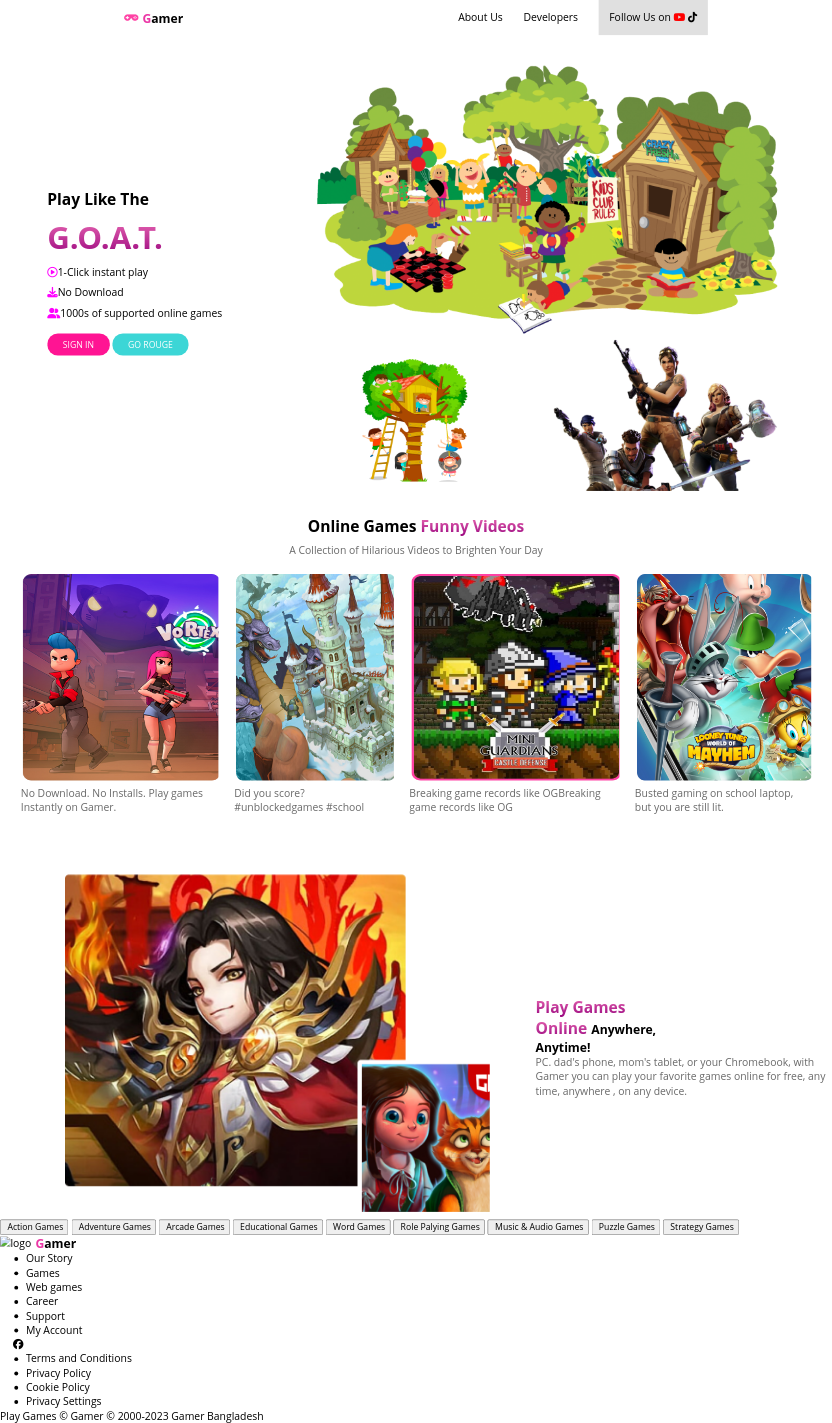
Repository: sadiaafsana138/Gamer-Zone
Page: index.html
These files come from the project's save history. The page is drawn as it stood at one moment and after the next save; the edit follows.
The browser window is 1280 px wide. The pictures show the whole page, at 65% of full size.
Some web libraries are served in a nearby version.

Above is the page before, as saved 2023-09-06 18:35:47.

### index.html
<!DOCTYPE html>
<html lang="en">

<head>
    <meta charset="UTF-8">
    <meta name="viewport" content="width=device-width, initial-scale=1.0">
    <title>GAMER ZONE</title>
    <link rel="stylesheet" href="styles.css">
    <script src="https://kit.fontawesome.com/3977f5ac21.js" crossorigin="anonymous"></script>
</head>

<body>
    <header>
        <section Class="Section-1">
            <nav class="nav">
                <div class="menupart1">
                    <img src="images/1.png" alt="logo" height="10px" weight="10px">
                    <h3><span class="pink-Color">G</span>amer</h3>
                </div>
                <div class="menupart2">
                    <ul class="menupart2">
                        <li>About Us</li>
                        <li>Developers</li>
                        <div id="ash">
                            <li>Follow Us on
                                <i class="fa-brands fa-youtube" style="color: #ff0000;"></i>
                                <i class="fa-brands fa-tiktok"></i>
                            </li>
                        </div>
                    </ul>
                </div>
            </nav>
        </section>
    </header>
    <main>
        <section Class="Section-2">
            <Div>
                <h2>
                    Play Like The
                </h2>
                <h1 class="grad">
                    G.O.A.T.
                </h1>
                <Div class="Sec2list">
                    <i class="fa-regular fa-circle-play" style="color: #ff00ff;"></i>
                    <p>
                        1-Click instant play
                    </p>
                </Div>
                <Div class="Sec2list">
                    <i class="fa-sharp fa-solid fa-download" style="color: #ff00ff;"></i>
                    <p>
                        No Download
                    </p>
                </Div>
                <Div class="Sec2list">
                    <i class="fa-solid fa-user-group" style="color: #ff00ff;"></i>
                    <p>
                        1000s of supported online games
                    </p>
                </Div>
                <button class="btn-primary" id="btn-primary1">
                    SIGN IN
                </button>
                <button class="btn-primary" id="btn-primary2">
                    GO ROUGE
                </button>
            </Div>
            <Div id="sec2image">
                <img src="images/2.png" alt="">
            </Div>
        </section>
        <section Class="Section-3">
            <div>
                <h2 class="sec3head">
                    Online Games
                    <span class="grad" id="sec3head">
                        Funny Videos
                    </span>
                </h2>
                <p class="ashtext sec3head">
                    A Collection of Hilarious Videos to Brighten Your Day
                </p>
            </div>
            <div class="sec3image">
                <div class="sec3imagediv">
                    <img class="image" src="images/4.png" alt="">
                    <div class="overlay">
                        <div class="play-button">&#9654;</div>
                        <div class="watch-now-text">Watch Now</div>
                    </div>
                    <p class="ashtext">No Download. No Installs. Play games Instantly on Gamer.</p>
                </div>
                <div class="sec3imagediv">
                    <img class="image" src="images/5.png" alt="">
                    <div class="overlay">
                        <div class="play-button">&#9654;</div>
                        <div class="watch-now-text">Watch Now</div>
                    </div>
                    <p class="ashtext">Did you score? #unblockedgames #school</p>
                </div>
                <div class="sec3imagediv">
                    <img class="image" src="images/6.png" alt="">
                    <div class="overlay">
                        <div class="play-button">&#9654;</div>
                        <div class="watch-now-text">Watch Now</div>
                    </div>
                    <p class="ashtext">Breaking game records like OGBreaking game records like OG</p>
                </div>
                <div class="sec3imagediv">
                    <img class="image" src="images/7.png" alt="">
                    <div class="overlay">
                        <div class="play-button">&#9654;</div>
                        <div class="watch-now-text">Watch Now</div>
                    </div>
                    <p class="ashtext">Busted gaming on school laptop, but you are still lit.</p>
                </div>
            </div>
        </section>
        <section Class="Section-4">
            <Div class="sec4imageddiv">

                    <img src="images/8.png" alt="" id="section4image1">
                    <img src="images/9.png" alt=""  id="section4image2">

            </Div>
            <Div class="sec4Text">
                <h3>
                    <span class="grad" id="sec4head">Play Games
                        <br>
                        Online
                    </span>
                    Anywhere,
                    <br>
                    Anytime!
                </h3>
                <p class="ashtext">
                    PC. dad's phone, mom's tablet, or your Chromebook, with Gamer you can play your favorite games online for free, any time, anywhere , on any device.
                </p>
            </Div>

        </section>
        <section Class="Section-5">
            <div>
                <button>
                    <img src="" alt="">
                    Action Games
                </button>
                <button>
                    <img src="" alt="">
                    Adventure Games
                </button>
                <button>
                    <img src="" alt="">
                    Arcade Games
                </button>
                <button>
                    <img src="" alt="">
                    Educational Games
                </button>
                <button>
                    <img src="" alt="">
                    Word Games
                </button>
                <button>
                    <img src="" alt="">
                    Role Palying Games
                </button>
                <button>
                    <img src="" alt="">
                    Music & Audio Games
                </button>
                <button>
                    <img src="" alt="">
                    Puzzle Games
                </button>
                <button>
                    <img src="" alt="">
                    Strategy Games
                </button>
            </div>
        </section>
    </main>
    <footer>
        <section Class="Section-6">
            <div class="menupart1">
                <img src="" alt="logo">
                <h3><span class="pink-Color">G</span>amer</h3>
            </div>
            <Div>

                <ul>
                    <li>Our Story</li>
                    <li>Games</li>
                    <li>Web games</li>
                    <li>Career</li>
                    <li>Support</li>
                    <li>My Account</li>
                </ul>
            </Div>
            <Div>
                <i class="fa-brands fa-twitter" style="color: #ffffff;"></i>
                <i class="fa-brands fa-facebook"></i>
                <i class="fa-brands fa-youtube" style="color: #ffffff;"></i>
                <i class="fa-brands fa-linkedin-in" style="color: #ffffff;"></i>
                <i class="fa-brands fa-instagram" style="color: #ffffff;"></i>
                <i class="fa-brands fa-apple" style="color: #ffffff;"></i>
            </Div>
            <Div>

                <ul>
                    <li>Terms and Conditions</li>
                    <li>Privacy Policy</li>
                    <li>Cookie Policy</li>
                    <li>Privacy Settings</li>

                </ul>
            </Div>
            <p>Play Games &copy; Gamer &copy; 2000-2023 Gamer Bangladesh</p>

        </section>
    </footer>
</body>

</html>

### styles.css
*{
    font-family: 'Open Sans', sans-serif;
    margin: 0px;
}

.pink-Color{
    color: rgb(235, 55, 166);
}
.ashtext{
    color: dimgray;
}
.grad{
    margin-top:10px;
    font-size: 3rem;
    background: -webkit-linear-gradient(#f071b7, #96027d);
    -webkit-background-clip: text;
    -webkit-text-fill-color: transparent;
}
#ash{
    background-color: rgb(224, 224, 224);
    padding: 1rem;
}
/* Navbar*/
.menupart1,.menupart2,.nav,.Sec2list,.Section-2,.Section-4{
    display: flex;
    place-items: center ;
}
.menupart1,.menupart2{
    place-items: center ;
    margin: auto;
}
.menupart1{
    gap: .4rem;
}
.menupart2{
    list-style-type: none;
    gap: 2rem;
}
/*section - 2*/
.Section-2{
    margin: 20px auto;
    justify-content: space-around;
}
.Sec2list{
    margin-top: 10px;
}
.btn-primary{
    padding: .5rem 1.5rem;
    border-radius: 1rem;
    border: none;
    margin-top: 20px;
    color: #ffffff;
}
#btn-primary1{
    background-color: deeppink;
}
#btn-primary2{
    background-color: rgb(60, 214, 214);
}
/*section - 3*/
.Section-3{
    margin: 2rem;
}
.sec3head{
    text-align: center;
    margin-top: 10px;
}
#sec3head,#sec4head{
    font-size: 1.5rem;
}
.sec3image{
    display: flex;
    justify-content: space-around;
    gap: 1.5rem;
}
.sec3imagediv{
            position: relative;
            display: inline-block;
            overflow: hidden;
}
.sec3imagediv img{

    margin-top: 20px;
    padding-top:2px;
    width: 100%;
    height: 70%;
}
.image{
    border: 3px solid transparent;
    transition: transform 0.2s ease-in-out, filter 0.2s ease-in-out;
    border-radius: .5rem;
}
.sec3imagediv:hover .image{
    filter: brightness(50%);
    border: 3px solid rgb(224, 107, 127);
}
.overlay {
    position: absolute;
    top: 45%;
    left: 50%;
    transform: translate(-50%, -50%);
    text-align: center;
    opacity: 0;
    transition: opacity 0.2s ease-in-out;
}
.sec3imagediv:hover .overlay {
    opacity: 1;
}
.play-button {
    font-size: 22px;
    background-color: rgb(255, 255, 255);
    color: rgb(0, 0, 0);
    border-radius: 50%;
    padding: 20px;
    cursor: pointer;
    height: 28px;
    width: 28px;
    margin-left: 20px;
}
.watch-now-text {
    color: white;
    font-weight: bold;
    text-transform: uppercase;
    margin-top: 10px;
}

/*section 4*/
.Section-4{
    justify-content: space-around;
}
.sec4imageddiv{
    padding-left:100px;
}
.sec4Text{
    padding-left:200px;
}
#section4image1{
    margin-right: -200px;
    height: auto;
    width: 100%;
}
#section4image2{
    margin-top: -200px;
    margin-left: 450px;
    height: 70%;
    width:40%

}
/* Responsive */
/*Tab*/
@media screen and (min-width: 768px) and (max-width: 992px) {
    .nav,.menupart2{
        flex-direction: column;
    }
    .Section-2{
        flex-direction: column-reverse;
    }
    #sec2image img{
        max-width: 100%;
        height: auto;
    }
    .sec3imagediv img{
        margin-top: 20px;
        padding-top:2px;
        gap: 1rem;
    }
}
/*MOBILE*/
@media screen and (max-width: 768px) {
    .nav,.menupart2{
        flex-direction: column;
    }
    .Section-2{
        flex-direction: column-reverse;
    }
    #sec2image img{
        max-width: 100%;
        height: auto;
    }
    .sec3image{
        flex-direction: column;
    }
    .sec3imagediv img{
        padding-top:2px;
        gap: .5rem;
        height: 95%;
    }
}

After the next save:
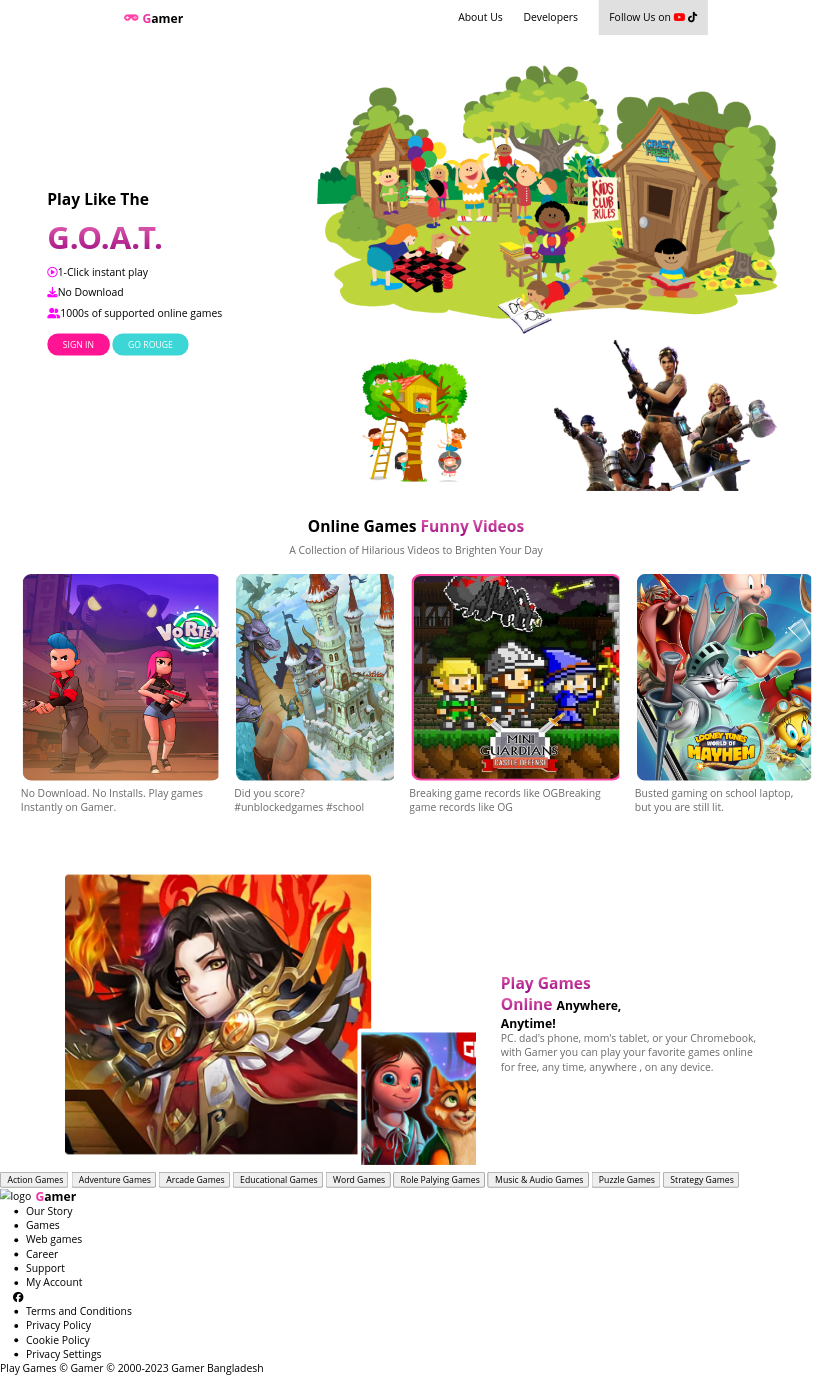
Saved 26 s later.
--- a/styles.css
+++ b/styles.css
@@ -133,6 +133,7 @@
 }
 .sec4Text{
     padding-left:200px;
+    padding-right: 100px;
 }
 #section4image1{
     margin-right: -200px;
